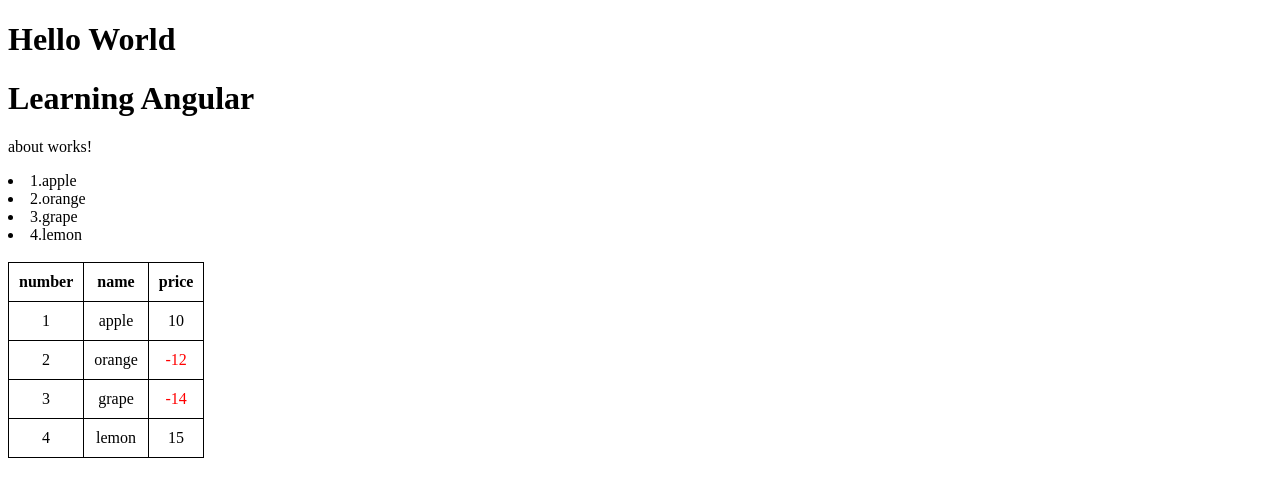
Repository: PhamTrungNguyen/Angular12
Page: / (app in Angular/)
The author's editor kept a copy of each file at every save. The page is drawn from the files as they stood at one save, then again after the next save.
The browser window is 1280 px wide. The pictures show the whole page.
The project was rebuilt for these pictures with package versions that can differ from the ones it lists, and the page was loaded fresh each time. Also part of the build but not shown: Angular/angular.json.

Above is the page before, as saved 2022-12-31 23:17:45.

After the next save:
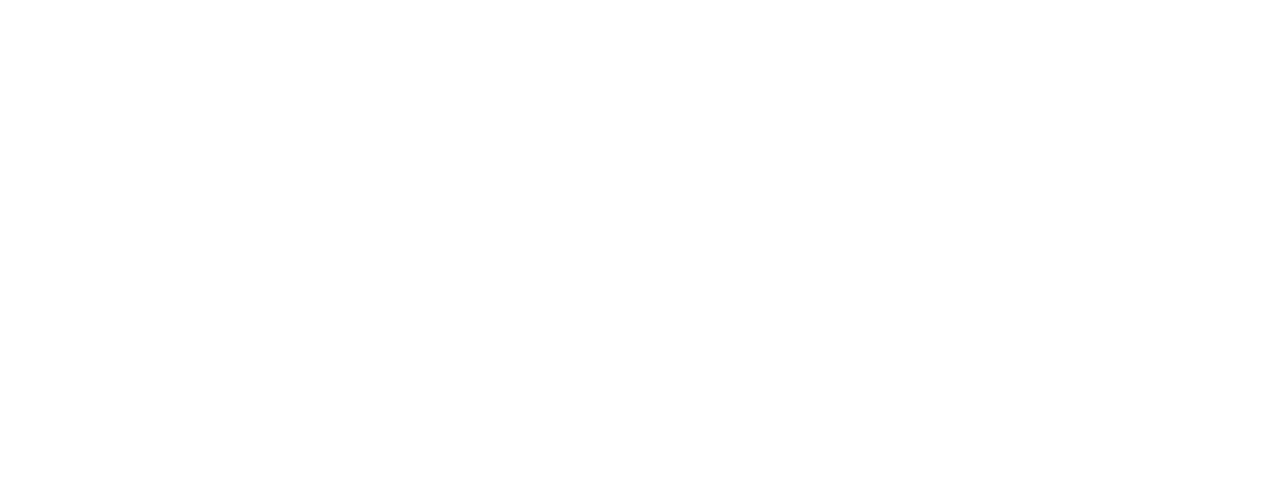
Saved 14 s later.
--- a/Angular/src/app/about/about.component.html
+++ b/Angular/src/app/about/about.component.html
@@ -16,7 +16,7 @@
             <td>{{i+1}}</td>
             <td>{{item.name}}</td>
             <td>
-                <span [ngClass]="{'text' : item.price <0}">
+                <span [ngClass]="{item.price <0 ? text : ''}">
 
                     {{item.price}}
                 </span>

After the 4 saves that followed:
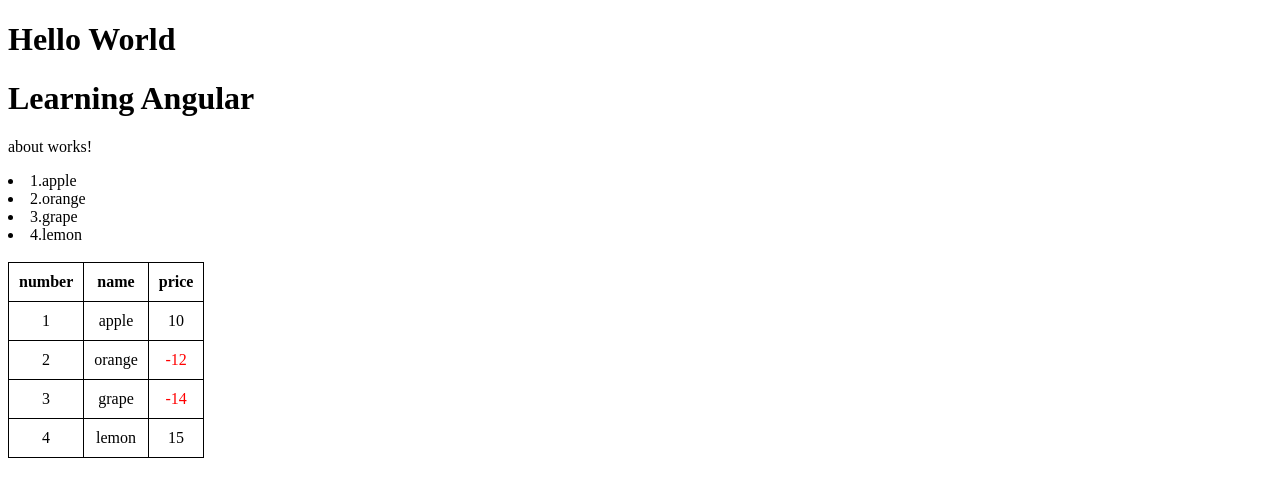
The 4 saves are shown as one change because 3 left the picture as it was.
The last was saved 36 s later.
--- a/Angular/src/app/about/about.component.html
+++ b/Angular/src/app/about/about.component.html
@@ -16,7 +16,7 @@
             <td>{{i+1}}</td>
             <td>{{item.name}}</td>
             <td>
-                <span [ngClass]="{item.price <0 ? text : ''}">
+                <span [ngClass]="{'text' : item.price <0}">
 
                     {{item.price}}
                 </span>
